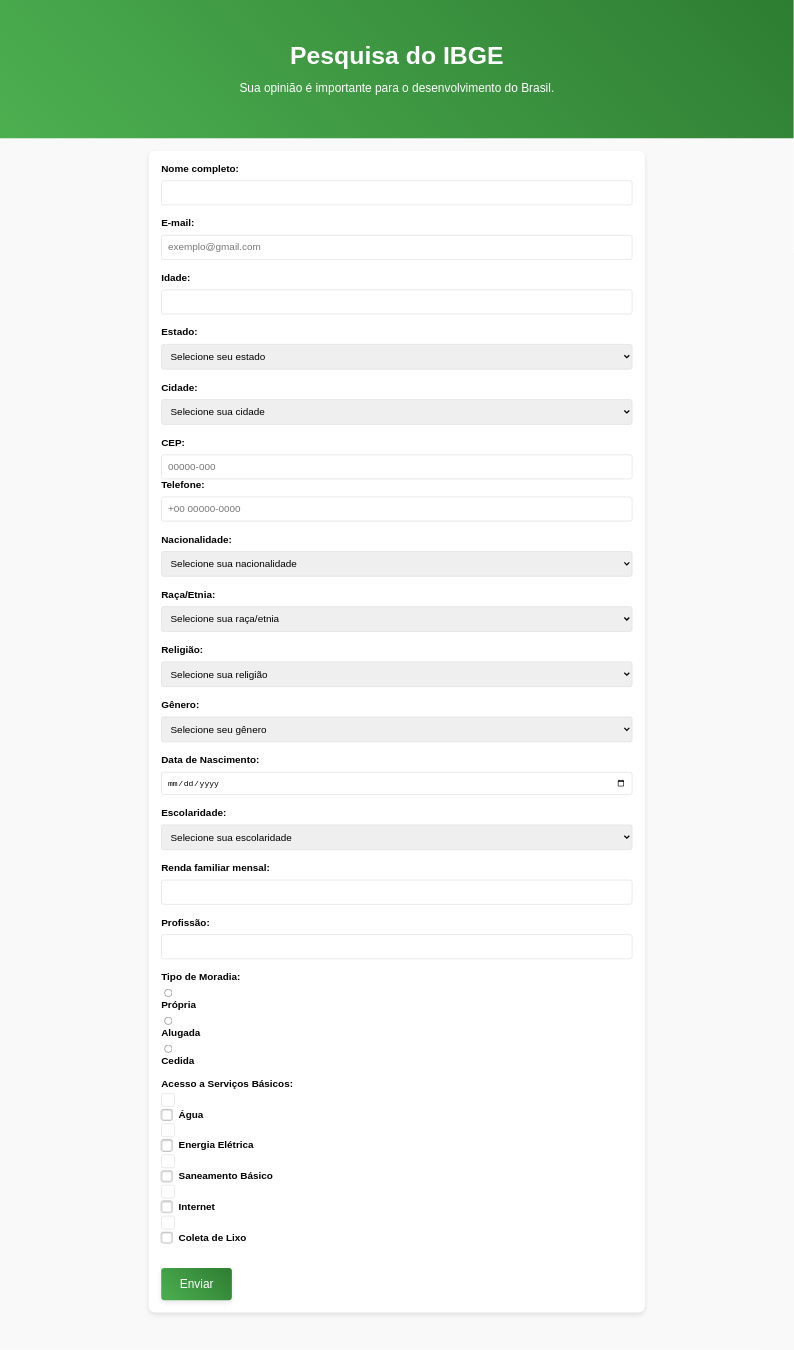
Repository: Gabrielb0rn/Projeto-Formul-rio.io
Page: index.html
These files come from the project's save history. The page is drawn as it stood at one moment and after the next save; the edit follows.
The browser window is 1280 px wide. The pictures show the whole page, at 62% of full size.

Above is the page before, as saved 2024-07-01 09:11:20.

### index.html
<!DOCTYPE html>
<html lang="pt-BR">
<head>
    <meta charset="UTF-8">
    <meta name="viewport" content="width=device-width, initial-scale=1.0">
    <title>Pesquisa do IBGE</title>
    <link rel="stylesheet" href="assets/style.css">
</head>
<body>
    <header>
        <div class="container">
            <h1>Pesquisa do IBGE</h1>
            <p>Sua opinião é importante para o desenvolvimento do Brasil.</p>
        </div>
    </header>
    <main>
        <div class="container">
            <form id="form">
                <div class="form-group">
                    <label for="nome">Nome completo:</label>
                    <input type="text" id="nome" name="nome" required>
                </div>
                <div class="form-group">
                    <label for="email">E-mail:</label>
                    <input type="email" id="email" name="email" required placeholder="exemplo@gmail.com">
                </div>
                <div class="form-group">
                    <label for="idade">Idade:</label>
                    <input type="number" id="idade" name="idade" required>
                </div>
                <div class="form-group">
                    <label for="estado">Estado:</label>
                    <select id="estado" name="estado" required>
                        <option value="">Selecione seu estado</option>
                        <option value="AC">Acre</option>
                        <option value="AL">Alagoas</option>
                        <option value="AP">Amapá</option>
                        <option value="AM">Amazonas</option>
                        <option value="BA">Bahia</option>
                        <option value="CE">Ceará</option>
                        <option value="DF">Distrito Federal</option>
                        <option value="ES">Espírito Santo</option>
                        <option value="GO">Goiás</option>
                        <option value="MA">Maranhão</option>
                        <option value="MG">Minas Gerais</option>
                        <option value="MS">Mato Grosso do Sul</option>
                        <option value="MT">Mato Grosso</option>
                        <option value="PA">Pará</option>
                        <option value="PB">Paraíba</option>
                        <option value="PE">Pernambuco</option>
                        <option value="PI">Piauí</option>
                        <option value="PR">Paraná</option>
                        <option value="RJ">Rio de Janeiro</option>
                        <option value="RN">Rio Grande do Norte</option>
                        <option value="RO">Rondônia</option>
                        <option value="RR">Roraima</option>
                        <option value="RS">Rio Grande do Sul</option>
                        <option value="SC">Santa Catarina</option>
                        <option value="SE">Sergipe</option>
                        <option value="SP">São Paulo</option>
                        <option value="TO">Tocantins</option>
                    </select>
                </div>
                <div class="form-group inline-group">
                    <div class="form-group">
                        <label for="cidade">Cidade:</label>
                        <select id="cidade" name="cidade" required>
                            <option value="">Selecione sua cidade</option>
                        </select>
                    </div>
                </div>
                <div class="form-group inline-group">
                    <div>
                        <label for="cep">CEP:</label>
                        <input type="text" id="cep" name="cep" required placeholder="00000-000">
                    </div>
                    <div>
                        <label for="telefone">Telefone:</label>
                        <input type="tel" id="telefone" name="telefone" required placeholder="+00 00000-0000">
                    </div>
                </div>
                <div class="form-group">
                    <label for="nacionalidade">Nacionalidade:</label>
                    <select id="nacionalidade" name="nacionalidade" required>
                        <option value="">Selecione sua nacionalidade</option>
                        <option value="Brasileiro">Brasileiro</option>
                        <option value="Estrangeiro">Estrangeiro</option>
                    </select>
                </div>
                <div class="form-group">
                    <label for="raca">Raça/Etnia:</label>
                    <select id="raca" name="raca" required>
                        <option value="">Selecione sua raça/etnia</option>
                        <option value="Branca"></option>
                        <option value="Preta"></option>
                        <option value="Parda"></option>
                        <option value="Amarela"></option>
                        <option value="Indígena"></option>
                        <option value="Alien"></option>
                    </select>
                </div>
                <div class="form-group">
                    <label for="religiao">Religião:</label>
                    <select id="religiao" name="religiao" required>
                        <option value="">Selecione sua religião</option>
                        <option value="Católica"></option>
                        <option value="Evangélica"></option>
                        <option value="Espírita"></option>
                        <option value="Outras"></option>
                    </select>
                </div>
                <div class="form-group">
                    <label for="genero">Gênero:</label>
                    <select id="genero" name="genero" required>
                        <option value="">Selecione seu gênero</option>
                        <option value="Masculino">Masculino</option>
                        <option value="Feminino">Feminino</option>
                        <option value="Outro">Outro</option>
                    </select>
                </div>
                <div class="form-group">
                    <label for="data_nascimento">Data de Nascimento:</label>
                    <input type="date" id="data_nascimento" name="data_nascimento" required>
                </div>
                <div class="form-group">
                    <label for="escolaridade">Escolaridade:</label>
                    <select id="escolaridade" name="escolaridade" required>
                        <option value="">Selecione sua escolaridade</option>
                        <option value="Ensino Fundamental Incompleto">Ensino Fundamental Incompleto</option>
                        <option value="Ensino Fundamental Completo">Ensino Fundamental Completo</option>
                        <option value="Ensino Médio Incompleto">Ensino Médio Incompleto</option>
                        <option value="Ensino Médio Completo">Ensino Médio Completo</option>
                        <option value="Superior Incompleto">Superior Incompleto</option>
                        <option value="Superior Completo">Superior Completo</option>
                        <option value="Pós-Graduação">Pós-Graduação</option>
                    </select>
                </div>
                <div class="form-group">
                    <label for="renda">Renda familiar mensal:</label>
                    <input type="number" id="renda" name="renda" required>
                </div>
                <div class="form-group">
                    <label for="profissao">Profissão:</label>
                    <input type="text" id="profissao" name="profissao">
                </div>
                <div class="form-group radio-group">
                    <label>Tipo de Moradia:</label>
                    <div>
                        <input type="radio" id="propria" name="moradia" value="propria">
                        <label for="propria">Própria</label>
                    </div>
                    <div>
                        <input type="radio" id="alugada" name="moradia" value="alugada">
                        <label for="alugada">Alugada</label>
                    </div>
                    <div>
                        <input type="radio" id="cedida" name="moradia" value="cedida">
                        <label for="cedida">Cedida</label>
                    </div>
                </div>
                <div class="form-group checkbox-group">
                    <label>Acesso a Serviços Básicos:</label>
                    <div class="checkbox-wrapper-1">
                        <input id="agua" class="substituted" type="checkbox" name="servicos" value="agua">
                        <label for="agua">Água</label>
                    </div>
                    <div class="checkbox-wrapper-1">
                        <input id="energia" class="substituted" type="checkbox" name="servicos" value="energia">
                        <label for="energia">Energia Elétrica</label>
                    </div>
                    <div class="checkbox-wrapper-1">
                        <input id="saneamento" class="substituted" type="checkbox" name="servicos" value="saneamento">
                        <label for="saneamento">Saneamento Básico</label>
                    </div>
                    <div class="checkbox-wrapper-1">
                        <input id="internet" class="substituted" type="checkbox" name="servicos" value="internet">
                        <label for="internet">Internet</label>
                    </div>
                    <div class="checkbox-wrapper-1">
                        <input id="coleta" class="substituted" type="checkbox" name="servicos" value="coleta">
                        <label for="coleta">Coleta de Lixo</label>
                    </div>
                </div>

                <button type="submit" class="btn">Enviar</button>
            </form>
        </div>

    </main>
    <script src="assets\scripts.js"></script>
</body>
</html>

### assets/style.css
/* Estilos Globais */
body {
    font-family: 'Arial', sans-serif;
    margin: 0;
    padding: 0;
    background-color: #f9f9f9;
}

header {
    background: linear-gradient(45deg, #4CAF50, #2E7D32);
    color: white;
    padding: 20px 0;
    text-align: center;
}

.container {
    width: 90%;
    max-width: 800px;
    margin: 0 auto;
    padding: 20px;
}

/* Estilos de Texto */
h1 {
    font-size: 2.5em;
    margin-bottom: 10px;
}

p {
    font-size: 1.2em;
    margin-bottom: 30px;
}

/* Estilos do Formulário */
form {
    background-color: white;
    padding: 20px;
    border-radius: 10px;
    box-shadow: 0 4px 8px rgba(0, 0, 0, 0.1);
    margin-bottom: 40px;
}

.form-group {
    margin-bottom: 20px;
}

label {
    display: block;
    margin-bottom: 5px;
    font-weight: bold;
}

input, select {
    width: 100%;
    padding: 10px;
    border: 1px solid #ddd;
    border-radius: 4px;
    box-sizing: border-box;
    font-size: 1em;
    margin-top: 5px;
}

input[type="radio"], input[type="checkbox"] {
    width: auto;
    margin-right: 10px;
}

input[type="date"] {
    padding: 9px;
}

button {
    background: linear-gradient(45deg, #4CAF50, #2E7D32);
    color: white;
    border: none;
    padding: 15px 30px;
    text-align: center;
    cursor: pointer;
    border-radius: 5px;
    font-size: 1.2em;
    margin-top: 20px;
    transition: background 0.3s ease, transform 0.2s ease;
    box-shadow: 0 4px 8px rgba(0, 0, 0, 0.1);
}

button:hover {
    background: linear-gradient(45deg, #45a049, #388E3C);
    transform: translateY(-2px);
}

/* Estilos Responsivos */
@media (max-width: 600px) {
    h1 {
        font-size: 2em;
    }

    p {
        font-size: 1em;
    }

    form {
        padding: 15px;
    }

    button {
        width: 100%;
        padding: 15px;
    }
}

/* Estilos dos Checkboxes */
.checkbox-wrapper-1 *,
.checkbox-wrapper-1 ::after,
.checkbox-wrapper-1 ::before {
    box-sizing: border-box;
}
.checkbox-wrapper-1 [type=checkbox].substituted {
    margin: 0;
    width: 0;
    height: 0;
    display: inline;
    -webkit-appearance: none;
    -moz-appearance: none;
    appearance: none;
}
.checkbox-wrapper-1 [type=checkbox].substituted + label:before {
    content: "";
    display: inline-block;
    vertical-align: top;
    height: 1.15em;
    width: 1.15em;
    margin-right: 0.6em;
    color: rgba(0, 0, 0, 0.275);
    border: solid 0.06em;
    box-shadow: 0 0 0.04em, 0 0.06em 0.16em -0.03em inset, 0 0 0 0.07em transparent inset;
    border-radius: 0.2em;
    background: url('data:[embedded picture, 371 characters]') no-repeat center, white;
    background-size: 0;
    will-change: color, border, background, background-size, box-shadow;
    transform: translate3d(0, 0, 0);
    transition: color 0.1s, border 0.1s, background 0.15s, box-shadow 0.1s;
}
.checkbox-wrapper-1 [type=checkbox].substituted:enabled:active + label:before,
.checkbox-wrapper-1 [type=checkbox].substituted:enabled + label:active:before {
    box-shadow: 0 0 0.04em, 0 0.06em 0.16em -0.03em transparent inset, 0 0 0 0.07em rgba(0, 0, 0, 0.1) inset;
    background-color: #f0f0f0;
}
.checkbox-wrapper-1 [type=checkbox].substituted:checked + label:before {
    background-color: #3B99FC;
    background-size: 0.75em;
    color: rgba(0, 0, 0, 0.075);
}
.checkbox-wrapper-1 [type=checkbox].substituted:checked:enabled:active + label:before,
.checkbox-wrapper-1 [type=checkbox].substituted:checked:enabled + label:active:before {
    background-color: #0a7ffb;
    color: rgba(0, 0, 0, 0.275);
}
.checkbox-wrapper-1 [type=checkbox].substituted:focus + label:before {
    box-shadow: 0 0 0.04em, 0 0.06em 0.16em -0.03em transparent inset, 0 0 0 0.07em rgba(0, 0, 0, 0.1) inset, 0 0 0 3.3px rgba(65, 159, 255, 0.55), 0 0 0 5px rgba(65, 159, 255, 0.3);
}
.checkbox-wrapper-1 [type=checkbox].substituted:focus:active + label:before,
.checkbox-wrapper-1 [type=checkbox].substituted:active:focus + label:before {
    box-shadow: 0 0 0.04em, 0 0.06em 0.16em -0.03em transparent inset, 0 0 0 0.07em rgba(0, 0, 0, 0.1) inset, 0 0 0 3.3px rgba(65, 159, 255, 0.55), 0 0 0 5px rgba(65, 159, 255, 0.3), 0 0 0 5.3px rgba(65, 159, 255, 0.3), 0 0 0 7px rgba(65, 159, 255, 0.15);
}

### assets/scripts.js
document.addEventListener('DOMContentLoaded', function() {
    const estadoSelect = document.getElementById('estado');
    const cidadeSelect = document.getElementById('cidade');

    const cidadesPorEstado = {
        "AC": ["Rio Branco", "Cruzeiro do Sul", "Sena Madureira"],
        "AL": ["Maceió", "Arapiraca", "Palmeira dos Índios"],
        "AP": ["Macapá", "Santana", "Laranjal do Jari"],
        "AM": ["Manaus", "Parintins", "Itacoatiara"],
        "BA": ["Salvador", "Feira de Santana", "Vitória da Conquista"],
        "CE": ["Fortaleza", "Caucaia", "Juazeiro do Norte"],
        "DF": ["Brasília"],
        "ES": ["Vitória", "Vila Velha", "Serra"],
        "GO": ["Goiânia", "Aparecida de Goiânia", "Anápolis"],
        "MA": ["São Luís", "Imperatriz", "Timon"],
        "MG": ["Belo Horizonte", "Uberlândia", "Contagem"],
        "MS": ["Campo Grande", "Dourados", "Três Lagoas"],
        "MT": ["Cuiabá", "Várzea Grande", "Rondonópolis"],
        "PA": ["Belém", "Ananindeua", "Santarém"],
        "PB": ["João Pessoa", "Campina Grande", "Santa Rita"],
        "PE": ["Recife", "Jaboatão dos Guararapes", "Olinda"],
        "PI": ["Teresina", "Parnaíba", "Picos"],
        "PR": ["Curitiba", "Londrina", "Maringá"],
        "RJ": ["Rio de Janeiro", "Niterói", "Duque de Caxias"],
        "RN": ["Natal", "Mossoró", "Parnamirim"],
        "RO": ["Porto Velho", "Ji-Paraná", "Ariquemes"],
        "RR": ["Boa Vista", "Rorainópolis", "Caracaraí"],
        "RS": ["Porto Alegre", "Caxias do Sul", "Pelotas"],
        "SC": ["Florianópolis", "Joinville", "Blumenau"],
        "SE": ["Aracaju", "Nossa Senhora do Socorro", "Lagarto"],
        "SP": ["São Paulo", "Campinas", "São Bernardo do Campo"],
        "TO": ["Palmas", "Araguaína", "Gurupi"]
    };

    estadoSelect.addEventListener('change', function() {
        const estadoSelecionado = estadoSelect.value;
        cidadeSelect.innerHTML = '<option value="">Selecione sua cidade</option>'; //Script para limpar as outras opc

        if (estadoSelecionado) {
            const cidades = cidadesPorEstado[estadoSelecionado];
            cidades.forEach(function(cidade) {
                const option = document.createElement('option');
                option.value = cidade;
                option.textContent = cidade;
                cidadeSelect.appendChild(option);
            });
        }
    });
});

After the next save:
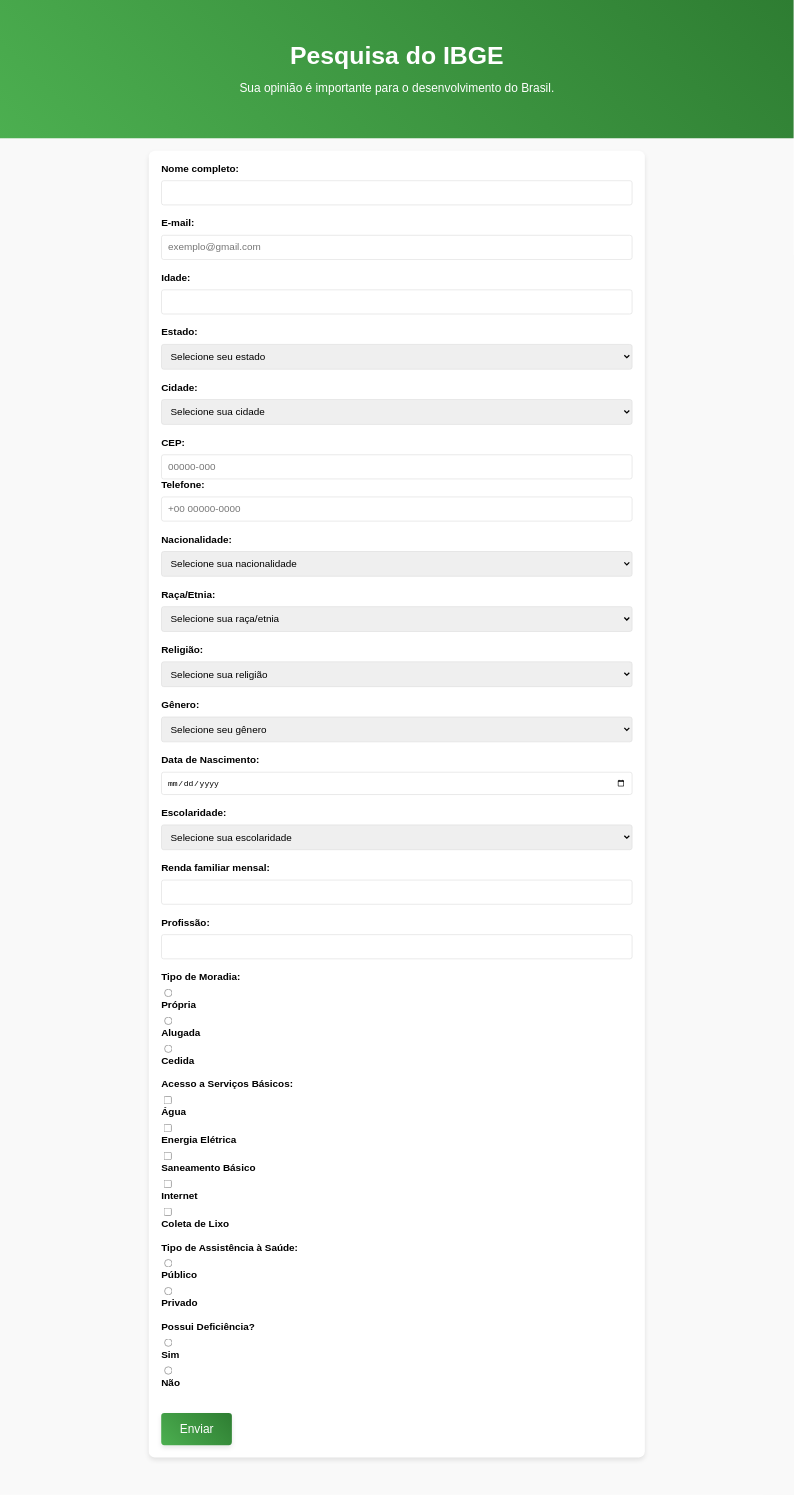
Saved 91 s later.
--- a/index.html
+++ b/index.html
@@ -160,28 +160,49 @@
                 </div>
                 <div class="form-group checkbox-group">
                     <label>Acesso a Serviços Básicos:</label>
-                    <div class="checkbox-wrapper-1">
-                        <input id="agua" class="substituted" type="checkbox" name="servicos" value="agua">
+                    <div>
+                        <input type="checkbox" id="agua" name="servicos" value="agua">
                         <label for="agua">Água</label>
                     </div>
-                    <div class="checkbox-wrapper-1">
-                        <input id="energia" class="substituted" type="checkbox" name="servicos" value="energia">
+                    <div>
+                        <input type="checkbox" id="energia" name="servicos" value="energia">
                         <label for="energia">Energia Elétrica</label>
                     </div>
-                    <div class="checkbox-wrapper-1">
-                        <input id="saneamento" class="substituted" type="checkbox" name="servicos" value="saneamento">
+                    <div>
+                        <input type="checkbox" id="saneamento" name="servicos" value="saneamento">
                         <label for="saneamento">Saneamento Básico</label>
                     </div>
-                    <div class="checkbox-wrapper-1">
-                        <input id="internet" class="substituted" type="checkbox" name="servicos" value="internet">
+                    <div>
+                        <input type="checkbox" id="internet" name="servicos" value="internet">
                         <label for="internet">Internet</label>
                     </div>
-                    <div class="checkbox-wrapper-1">
-                        <input id="coleta" class="substituted" type="checkbox" name="servicos" value="coleta">
+                    <div>
+                        <input type="checkbox" id="coleta" name="servicos" value="coleta">
                         <label for="coleta">Coleta de Lixo</label>
                     </div>
                 </div>
-
+                <div class="form-group radio-group">
+                    <label>Tipo de Assistência à Saúde:</label>
+                    <div>
+                        <input type="radio" id="publico" name="saude" value="publico">
+                        <label for="publico">Público</label>
+                    </div>
+                    <div>
+                        <input type="radio" id="privado" name="saude" value="privado">
+                        <label for="privado">Privado</label>
+                    </div>
+                </div>
+                <div class="form-group radio-group">
+                    <label>Possui Deficiência?</label>
+                    <div>
+                        <input type="radio" id="sim" name="deficiencia" value="sim">
+                        <label for="sim">Sim</label>
+                    </div>
+                    <div>
+                        <input type="radio" id="nao" name="deficiencia" value="nao">
+                        <label for="nao">Não</label>
+                    </div>
+                </div>
                 <button type="submit" class="btn">Enviar</button>
             </form>
         </div>
